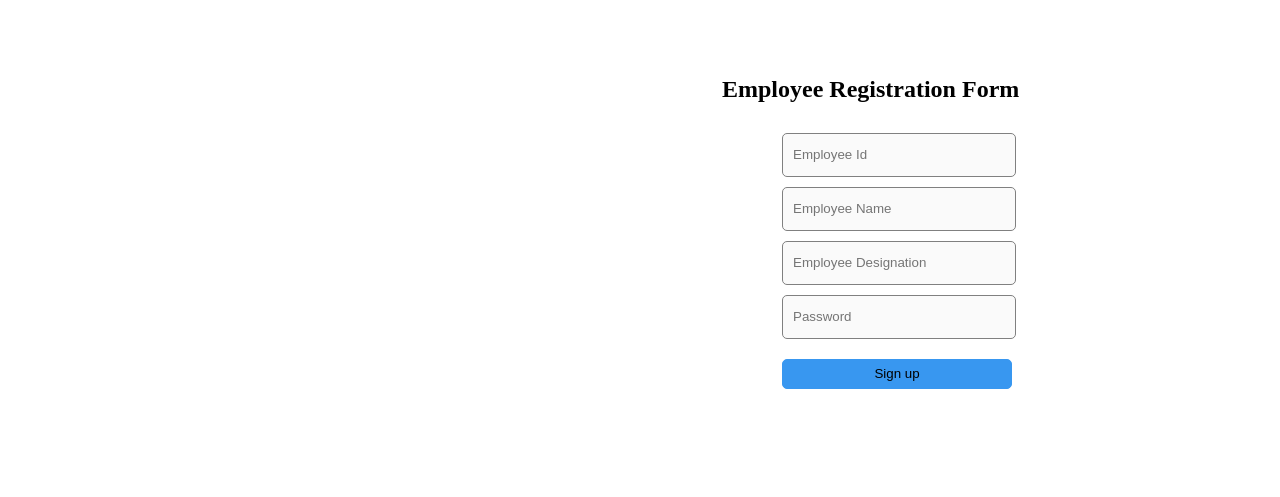
Repository: robin9533/Basic-Programs-App.
Page: GW-Genial Work Proj/GT_GenialToil/WebContent/EmployeeSignup.html
The author's editor kept a copy of each file at every save. The page is drawn from the files as they stood at one save, then again after the next save.
The browser window is 1280 px wide. The pictures show the whole page.

Above is the page before, as saved 2019-05-10 09:28:57.

After the next save:
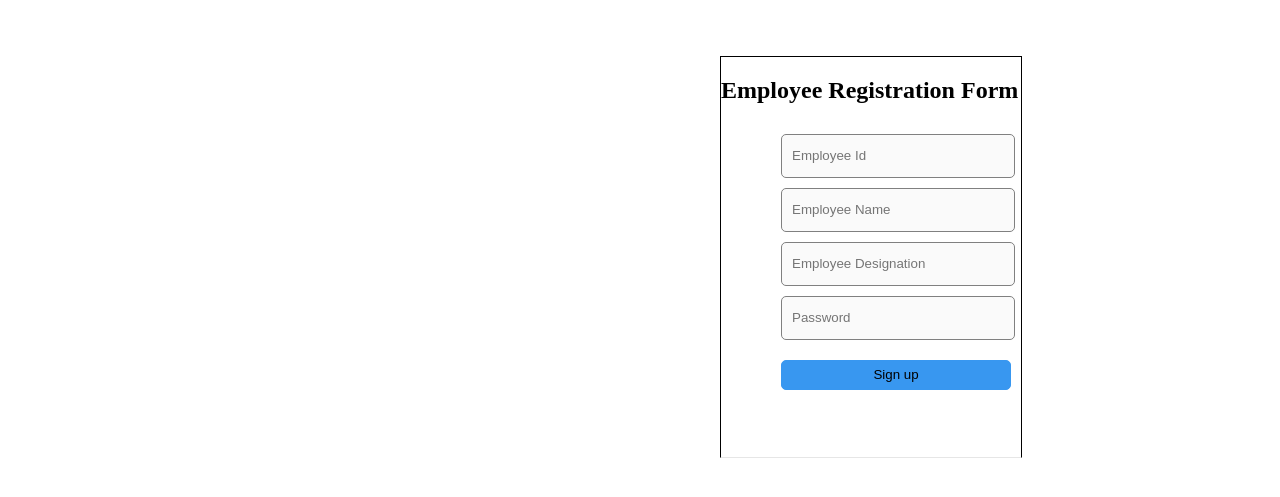
Saved 12 s later.
--- a/GW-Genial Work Proj/GT_GenialToil/WebContent/EmployeeSignup.css
+++ b/GW-Genial Work Proj/GT_GenialToil/WebContent/EmployeeSignup.css
@@ -7,7 +7,7 @@
 	height:400px;
 	width: 300px;
 	float:right;
-	border:0px solid black;
+	border:1px solid black;
 	background-color: rgb(255, 255, 255);
 	border-bottom-color: rgb(230, 230, 230);
 	margin-top: 30px;
